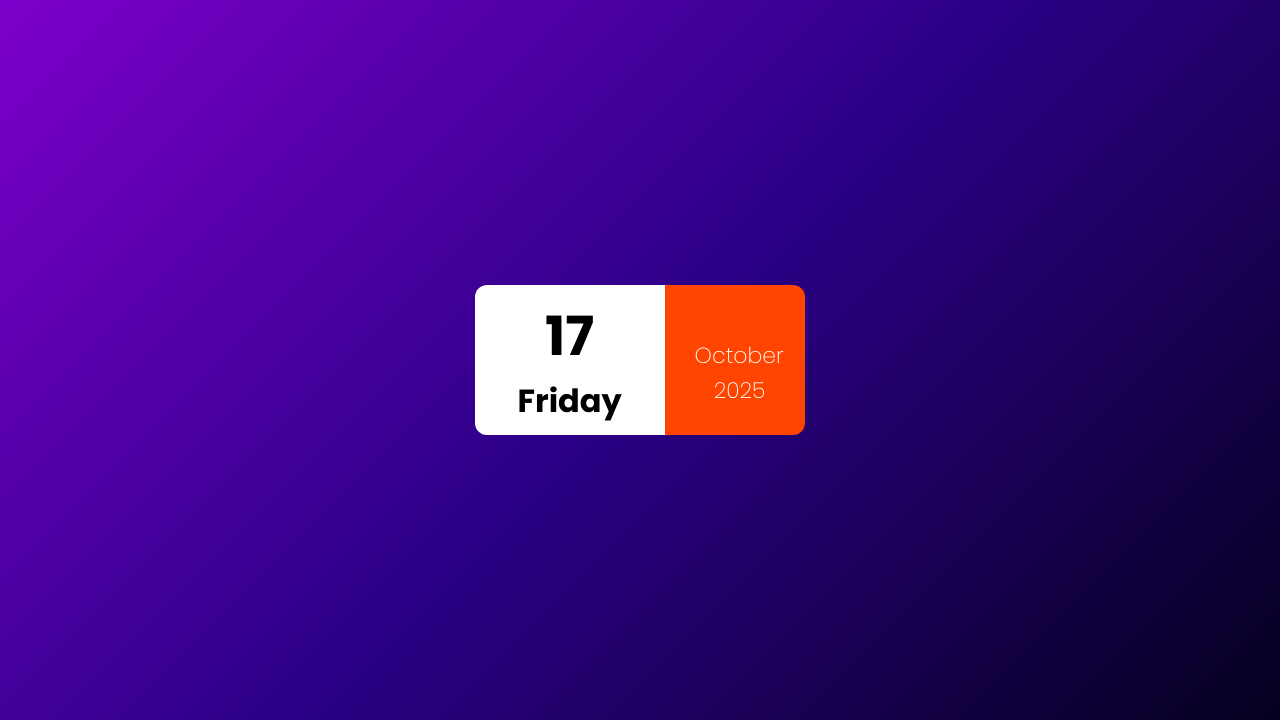
Repository: Ankitkr2021/Calendar
Page: index.html
An editor plug-in stored every save of this project. The page is shown before and after the next save, followed by the edit.
The browser window is 1280 px wide. The pictures show the whole page.

Above is the page before, as saved 2025-10-17 19:33:45.

After the next save:
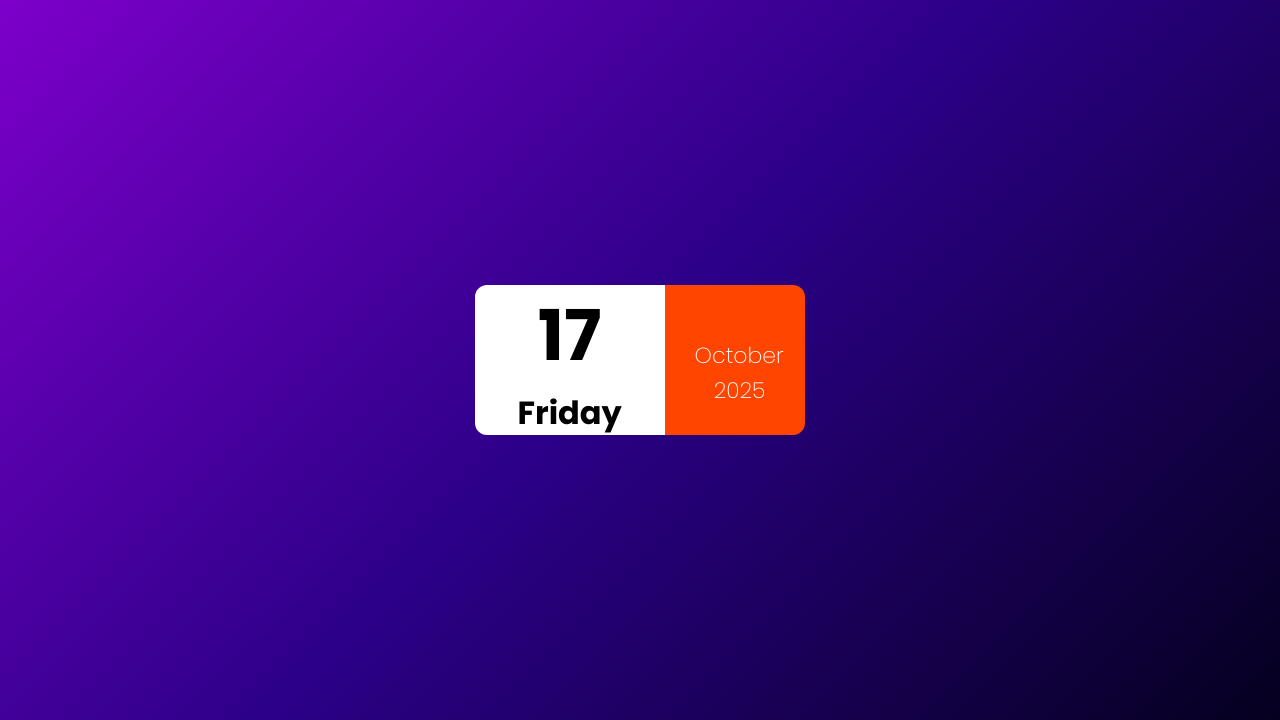
Saved 5 s later.
--- a/style.css
+++ b/style.css
@@ -30,7 +30,7 @@
 
 .din {
     text-align: center;
-    font-size: 54px;
+    font-size: 70px;
 }
 
 .mon {
